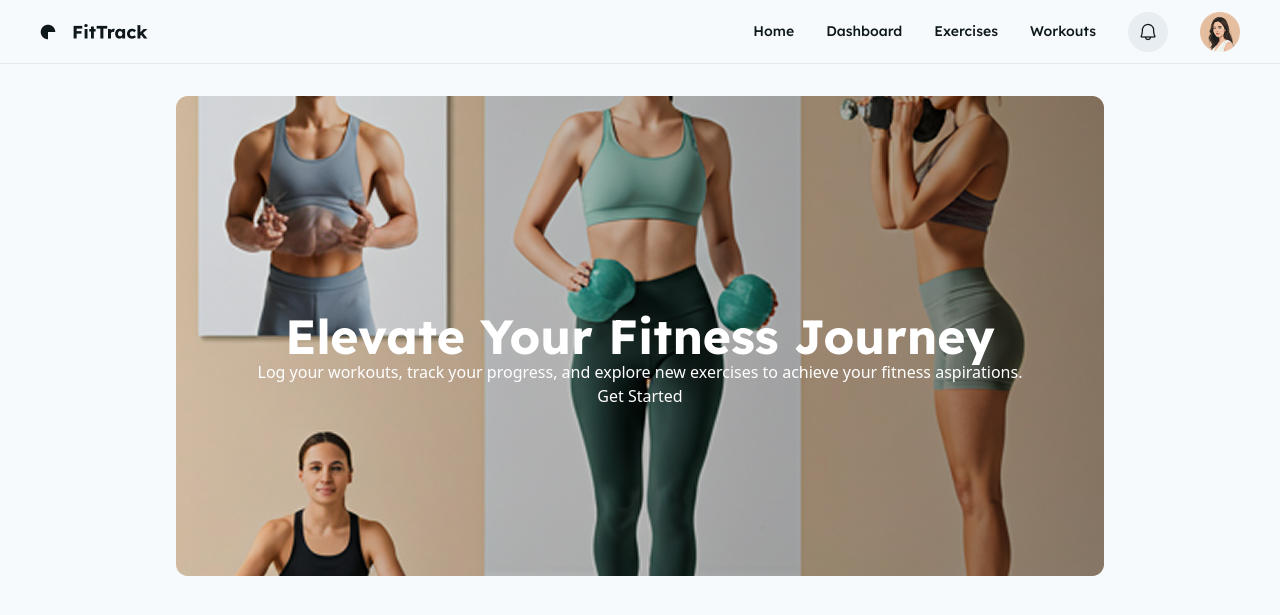
Repository: Emy-gold/fitness-tracking-platform
Page: /
An editor plug-in stored every save of this project. The page is shown before and after the next save, followed by the edit.
The browser window is 1280 px wide. The pictures show the whole page.
The project was rebuilt for these pictures with package versions that can differ from the ones it lists, and the page was loaded fresh each time. Also part of the build but not shown: vite.config.js, src/Pages/Dashboard.jsx, src/Pages/Exercises.jsx, src/Pages/Workouts.jsx, src/components/Footer.jsx.

Above is the page before, as saved 2025-08-24 22:20:46.

After the next save:
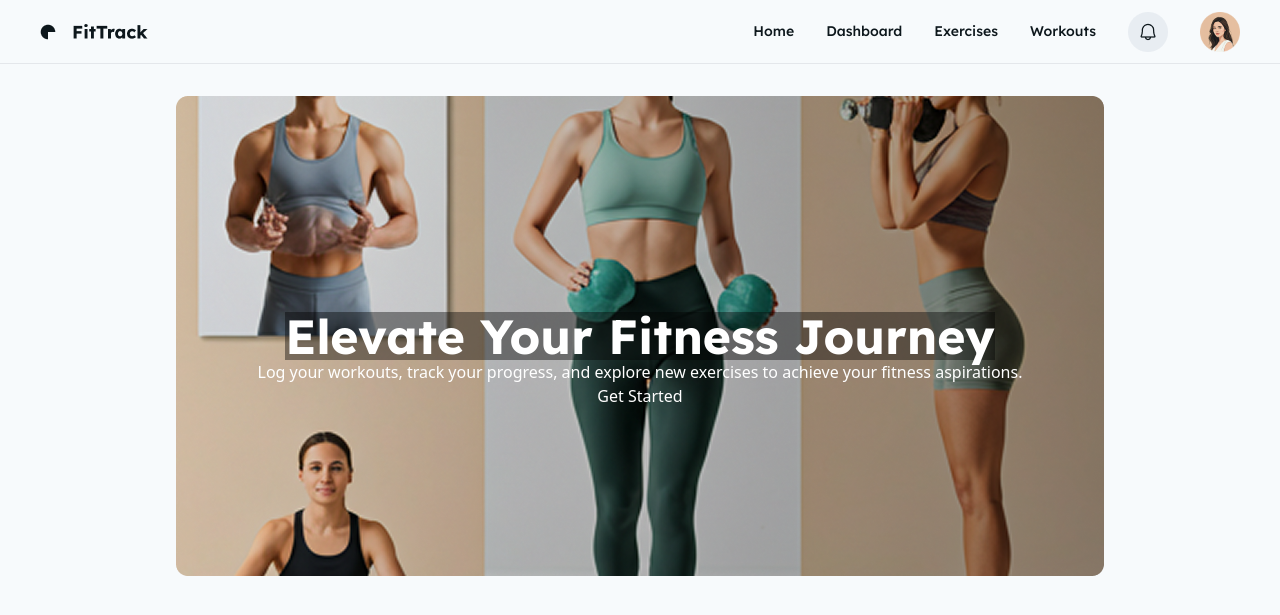
Saved 8 s later.
--- a/src/Pages/Home.jsx
+++ b/src/Pages/Home.jsx
@@ -9,7 +9,7 @@ function Home() {
                 <section className='my-8'>
                     <img src={homepic} className="" />
                     <div className="absolute inset-0 flex flex-col items-center justify-center text-center text-white ">
-                        <h1 className='text-5xl font-lexend font-bold'>Elevate Your Fitness Journey</h1>
+                        <h1 className='text-5xl font-lexend font-bold bg-black bg-opacity-40 '>Elevate Your Fitness Journey</h1>
                         <p>Log your workouts, track your progress, and explore new exercises to achieve your fitness aspirations.</p>
                         <button>Get Started</button>
                     </div>
